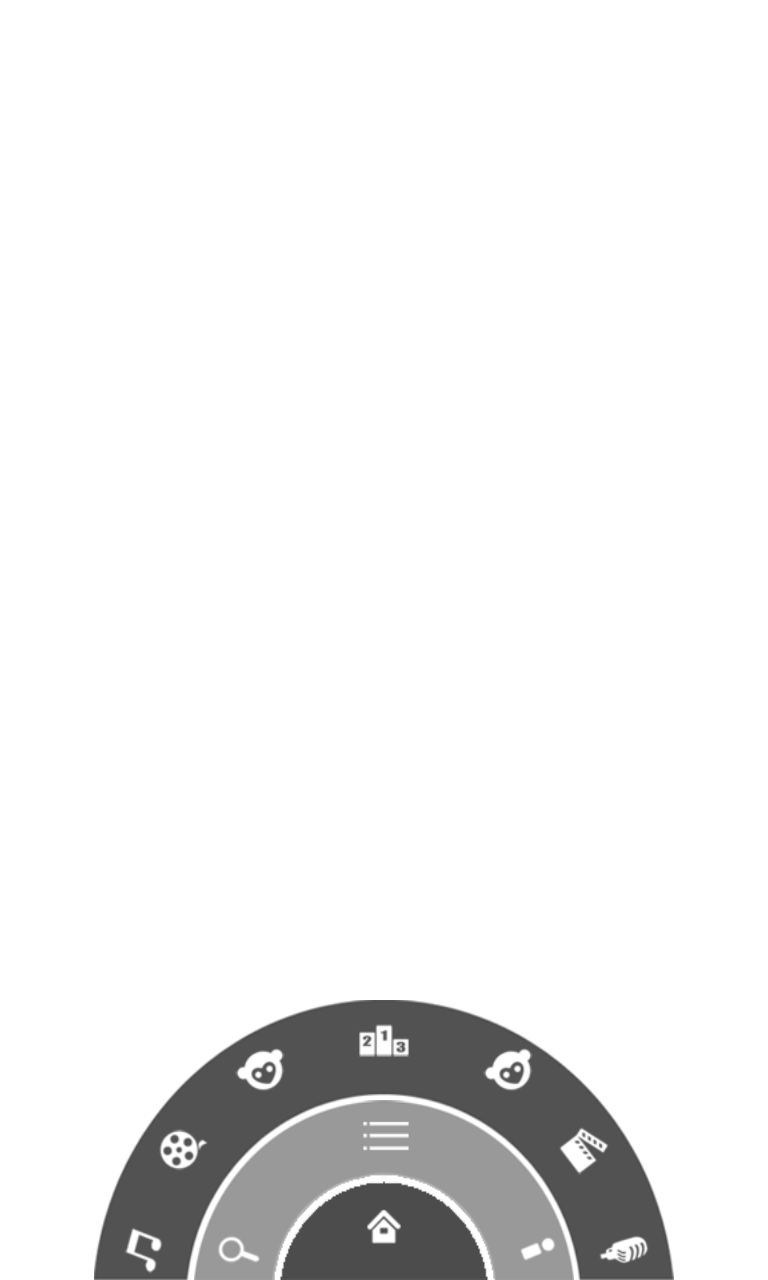
Repository: ASmouse/View
Layout: 02_UkuDemo14/res/layout/activity_main.xml
The author's editor kept a copy of each file at every save. The layout is drawn from the files as they stood at one save, then again after the next save.
It is drawn on a 768 x 1280 px phone screen (xhdpi) without system bars, with theme AppTheme; the app's code is not run.

Above is the layout before, as saved 2015-10-24 03:11:52.

After the next save:
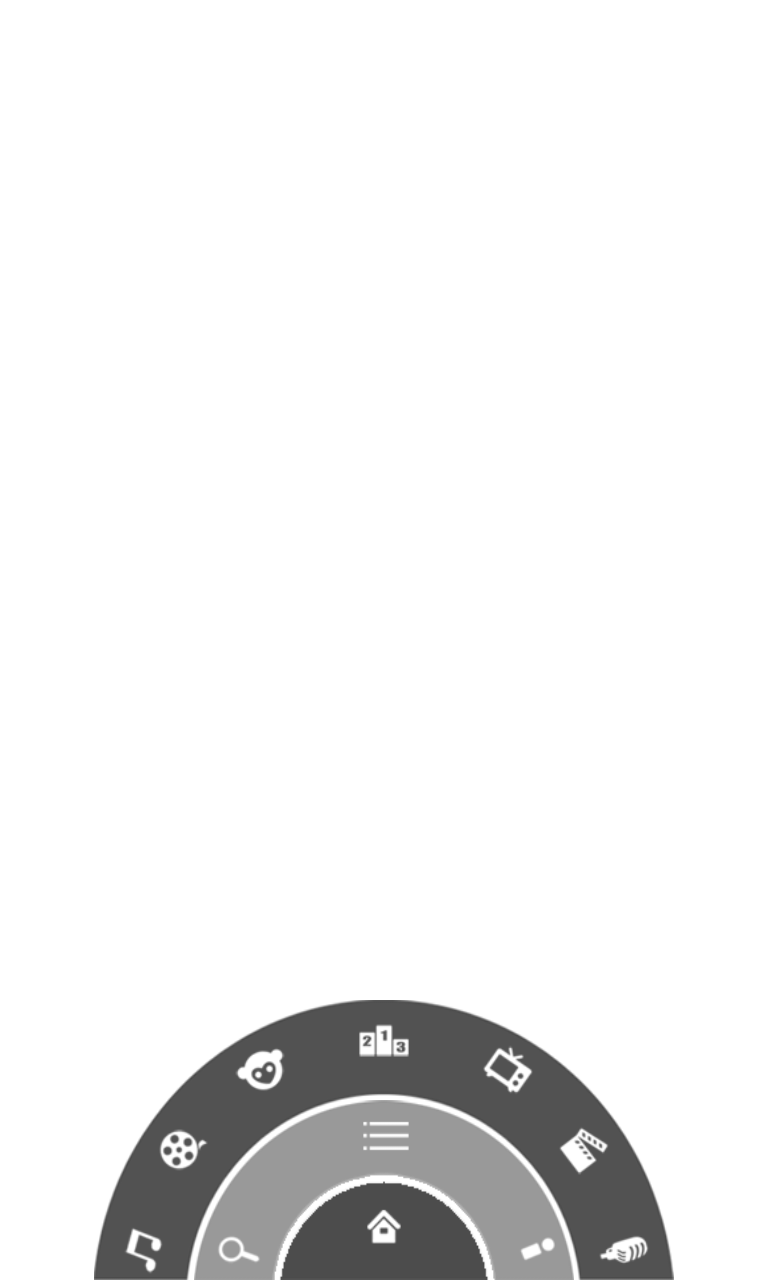
Saved 12 s later.
--- a/02_UkuDemo14/res/layout/activity_main.xml
+++ b/02_UkuDemo14/res/layout/activity_main.xml
@@ -148,7 +148,7 @@
             android:layout_height="wrap_content"
             android:layout_above="@id/channel6"
        		android:layout_marginBottom="10dip"
-            android:src="@drawable/channel3" />
+            android:src="@drawable/channel5" />
     </RelativeLayout>
 
 </RelativeLayout>
